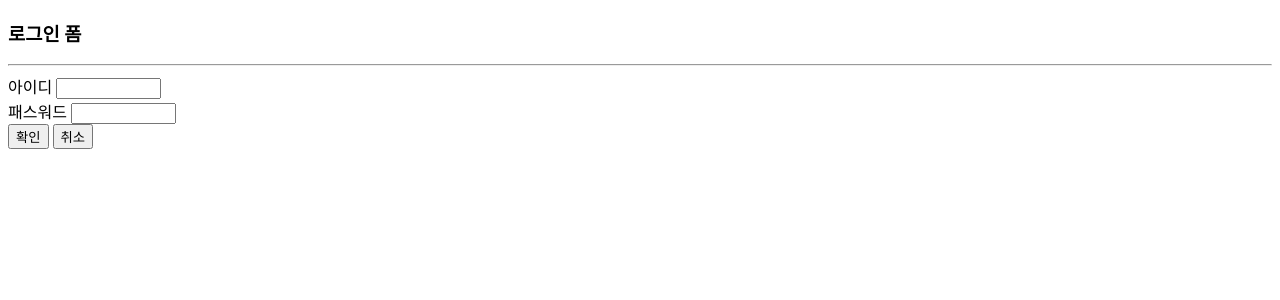
Repository: nijooymik/smartfactory
Page: jsp/t0718/src/main/webapp/html/form1.html
These files come from the project's save history. The page is drawn as it stood at one moment and after the next save; the edit follows.
The browser window is 1280 px wide. The pictures show the whole page.

Above is the page before, as saved 2022-07-18 06:52:26.

After the next save:
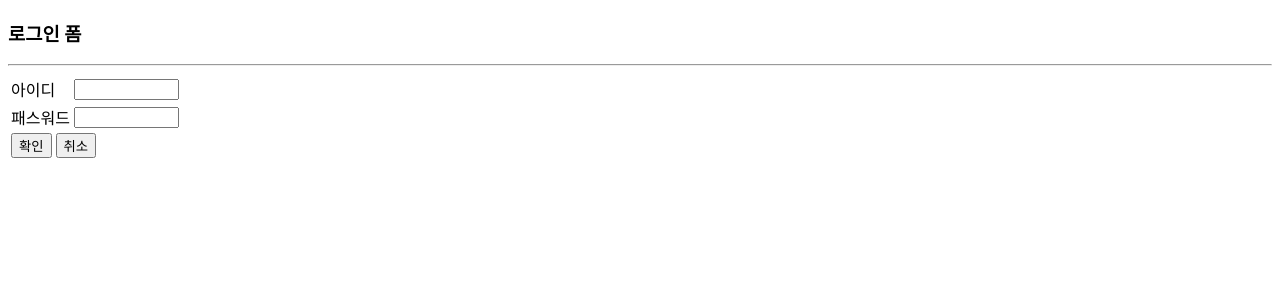
Saved 4 min 21 s later.
--- a/jsp/t0718/src/main/webapp/html/form1.html
+++ b/jsp/t0718/src/main/webapp/html/form1.html
@@ -8,10 +8,21 @@
 	<h3>로그인 폼</h3>
 	<hr>
 	<form action="list.html" method=post>
-		아이디	<input type="text" name="id" size=10> <br>
-		패스워드	<input type="password" name=pass size=10> <br>
-		<input type="submit" value="확인">
-		<input type="reset" value="취소">
+	<table>
+		<tr>
+			<td>아이디</td>
+			<td><input type="text" name="id" size=10></td>
+		</tr>
+		<tr>
+			<td>패스워드</td>
+			<td><input type="password" name=pass size=10></td>
+		</tr>
+		<tr>
+			<td colspan=2>
+				<input type="submit" value="확인">
+				<input type="reset" value="취소">
+		</tr>
+		</table>
 	</form>
 </body>
 </html>
